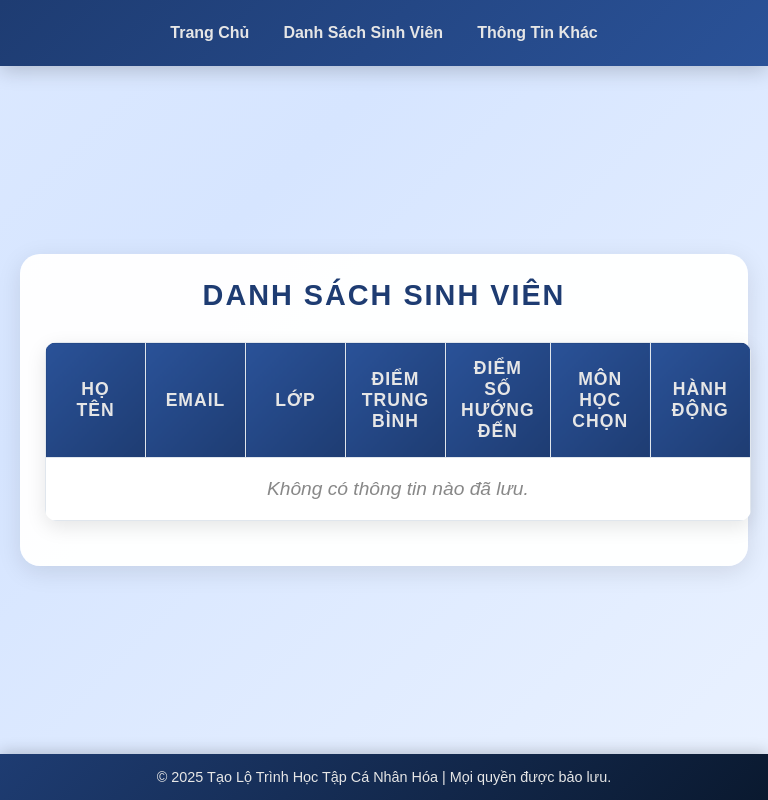
Repository: quankenda73/Prject_Final
Page: INDEX/save_info.html
These files come from the project's save history. The page is drawn as it stood at one moment and after the next save; the edit follows.
The browser window is 768 px wide. The pictures show the whole page.

Above is the page before, as saved 2025-02-25 11:42:08.

### INDEX/save_info.html
<!DOCTYPE html>
<html lang="vi">
<head>
    <meta charset="UTF-8">
    <meta name="viewport" content="width=device-width, initial-scale=1.0">
    <title>Thông Tin Sinh Viên</title>
    <link rel="stylesheet" href="https://cdnjs.cloudflare.com/ajax/libs/font-awesome/6.0.0-beta3/css/all.min.css">
    <style>
        /* CSS cho trang */
        * {
            margin: 0;
            padding: 0;
            box-sizing: border-box;
            font-family: 'Arial', sans-serif;
        }

        /* Body */
        body {
            display: flex;
            flex-direction: column;
            min-height: 100vh;
            background: linear-gradient(135deg, #e9f1ff, #d6e5ff, #f2f7ff);
            background-size: 200% 200%;
            animation: gradientBG 15s ease infinite;
            color: #2c3e50;
            align-items: center; /* Căn giữa toàn bộ nội dung */
        }

        /* Hiệu ứng nền động */
        @keyframes gradientBG {
            0% { background-position: 0% 50%; }
            50% { background-position: 100% 50%; }
            100% { background-position: 0% 50%; }
        }

        /* Header */
        header {
            width: 100%;
            max-width: 1400px; /* Giới hạn chiều rộng tối đa */
            background: linear-gradient(135deg, #1e3c72, #2a5298);
            color: #e6e6e6;
            display: flex;
            align-items: center;
            justify-content: center;
            padding: 1.5rem 20px;
            box-shadow: 0 4px 20px rgba(0, 0, 0, 0.2);
            position: sticky;
            top: 0;
            z-index: 1000;
            gap: 20px;
        }

        /* Dashboard Items */
        .dashboard-item {
            text-align: center;
            font-weight: 600;
            font-size: 1.2rem;
            padding: 10px 20px;
            transition: color 0.3s ease, transform 0.3s ease;
            flex: 0 1 auto;
        }

        .dashboard-item:hover {
            color: #ffd700;
            transform: translateY(-2px);
        }

        /* Main */
        main {
            flex: 1;
            padding: 40px 20px;
            width: 100%;
            max-width: 1400px; /* Giới hạn chiều rộng tối đa */
            display: flex;
            justify-content: center;
            align-items: center; /* Căn giữa nội dung trong main */
        }

        section {
            width: 100%;
            background: rgba(255, 255, 255, 0.98);
            padding: 40px;
            border-radius: 20px;
            box-shadow: 0 6px 25px rgba(0, 0, 0, 0.1);
            transition: transform 0.3s ease, box-shadow 0.3s ease;
        }

        section:hover {
            transform: translateY(-5px);
            box-shadow: 0 10px 35px rgba(0, 0, 0, 0.15);
        }

        h2 {
            color: #1e3c72;
            font-size: 2.4rem;
            font-weight: 700;
            margin-bottom: 30px;
            text-align: center;
            text-transform: uppercase;
            letter-spacing: 2px;
        }

        /* Table */
        table {
            width: 100%;
            border-collapse: collapse;
            margin: 20px 0;
            box-shadow: 0 6px 20px rgba(0, 0, 0, 0.1);
            border-radius: 12px;
            overflow: hidden;
            background: #fff;
        }

        th, td {
            border: 1px solid #e0e6ed;
            padding: 20px;
            text-align: center;
            font-size: 1.1rem;
            transition: background-color 0.3s ease;
        }

        th {
            background: linear-gradient(135deg, #2a5298, #1e3c72);
            color: #e6e6e6;
            font-weight: 700;
            text-transform: uppercase;
            letter-spacing: 1px;
        }

        td {
            color: #2c3e50;
        }

        tr:nth-child(even) {
            background-color: #f9fbfd;
        }

        tr:hover {
            background-color: #e6f0fa;
        }

        .no-data {
            text-align: center;
            font-style: italic;
            color: #888;
            padding: 20px;
            font-size: 1.2rem;
        }

        /* Action Icons */
        .action-icon {
            font-size: 1.2rem;
            margin: 0 10px;
            cursor: pointer;
            transition: transform 0.3s ease, color 0.3s ease;
        }

        .edit-icon {
            color: #ffd700;
        }

        .edit-icon:hover {
            color: #f7b733;
            transform: scale(1.2);
        }

        .delete-icon {
            color: #e74c3c;
        }

        .delete-icon:hover {
            color: #c0392b;
            transform: scale(1.2);
        }

        /* Footer */
        footer {
            width: 100%;
            max-width: 1400px; /* Giới hạn chiều rộng tối đa */
            text-align: center;
            padding: 20px 0;
            background: linear-gradient(135deg, #1e3c72, #0a192f);
            color: #e6e6e6;
            box-shadow: 0 -2px 15px rgba(0, 0, 0, 0.2);
            font-size: 1rem;
            font-weight: 300;
        }

        /* Responsive Design */
        @media (max-width: 768px) {
            header {
                padding: 1rem 15px;
                flex-wrap: wrap;
                gap: 10px;
            }

            .dashboard-item {
                font-size: 1rem;
                padding: 8px 12px;
            }

            main {
                padding: 20px;
            }

            section {
                padding: 25px;
            }

            h2 {
                font-size: 1.8rem;
            }

            table {
                font-size: 1rem;
            }

            th, td {
                padding: 15px;
                min-width: 100px;
            }

            .action-icon {
                font-size: 1rem;
                margin: 0 5px;
            }

            footer {
                padding: 15px 0;
                font-size: 0.9rem;
            }
        }
    </style>
</head>
<body>

<header>
    <div class="dashboard-item">Trang Chủ</div>
    <div class="dashboard-item">Danh Sách Sinh Viên</div>
    <div class="dashboard-item">Thông Tin Khác</div>
</header>

<main>
    <section>
        <h2>Danh Sách Sinh Viên</h2>
        <table>
            <thead>
                <tr>
                    <th>Họ Tên</th>
                    <th>Email</th>
                    <th>Lớp</th>
                    <th>Điểm Trung Bình</th>
                    <th>Điểm Số Hướng Đến</th>
                    <th>Môn Học Chọn</th>
                    <th>Hành động</th>
                </tr>
            </thead>
            <tbody id="student-list"></tbody>
        </table>
    </section>
</main>

<footer>
    <p>© 2025 Tạo Lộ Trình Học Tập Cá Nhân Hóa | Mọi quyền được bảo lưu.</p>
</footer>

<script>
    function displayStudents() {
        const students = JSON.parse(localStorage.getItem('students')) || [];
        const studentList = document.getElementById('student-list');

        if (students.length > 0) {
            students.forEach((student, index) => {
                const row = document.createElement('tr');
                row.innerHTML = `
                    <td>${student.name}</td>
                    <td>${student.email}</td>
                    <td>${student.class}</td>
                    <td>${student.avgScore}</td>
                    <td>${student.targetScore}</td>
                    <td>${student.subject}</td>
                    <td>
                        <i class="fas fa-edit action-icon edit-icon" onclick="editStudent(${index})" title="Chỉnh sửa"></i>
                        <i class="fas fa-trash-alt action-icon delete-icon" onclick="deleteStudent(${index})" title="Xóa"></i>
                    </td>
                `;
                studentList.appendChild(row);
            });
        } else {
            studentList.innerHTML = '<tr><td colspan="7" class="no-data">Không có thông tin nào đã lưu.</td></tr>';
        }
    }

    function deleteStudent(index) {
        let students = JSON.parse(localStorage.getItem('students')) || [];
        students.splice(index, 1);
        localStorage.setItem('students', JSON.stringify(students));
        displayStudents();
    }

    function editStudent(index) {
        let students = JSON.parse(localStorage.getItem('students')) || [];
        const student = students[index];
        const newName = prompt("Nhập họ tên mới:", student.name);
        if (newName !== null) {
            student.name = newName;
            student.email = prompt("Nhập email mới:", student.email) || student.email;
            student.class = prompt("Nhập lớp mới:", student.class) || student.class;
            student.avgScore = prompt("Nhập điểm trung bình mới:", student.avgScore) || student.avgScore;
            student.targetScore = prompt("Nhập điểm hướng đến mới:", student.targetScore) || student.targetScore;
            student.subject = prompt("Nhập môn học mới:", student.subject) || student.subject;
            students[index] = student;
            localStorage.setItem('students', JSON.stringify(students));
            displayStudents();
        }
    }

    displayStudents();
</script>
</body>
</html>

After the next save:
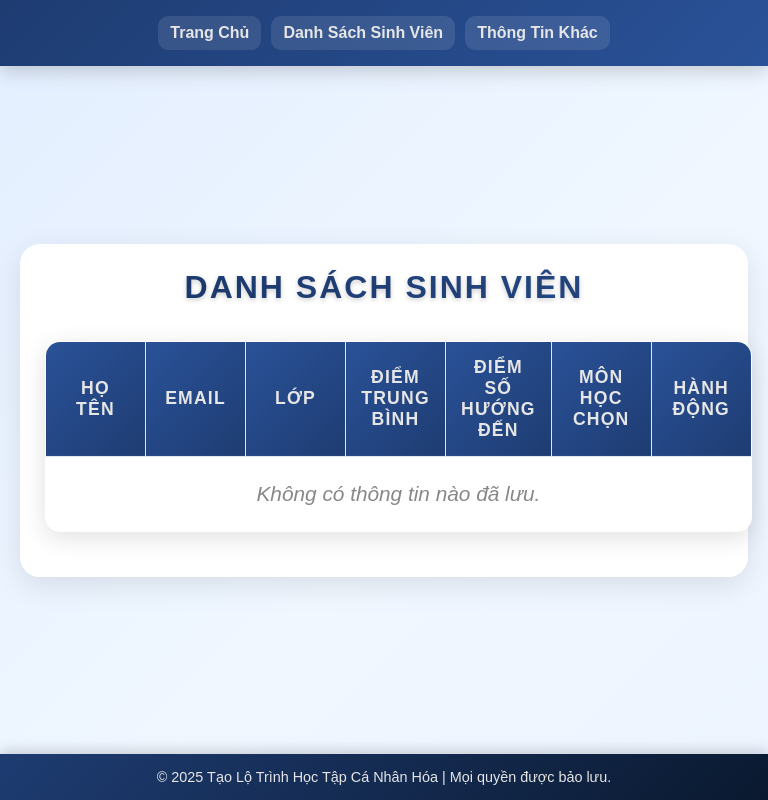
Saved 4 min 0 s later.
--- a/INDEX/save_info.html
+++ b/INDEX/save_info.html
@@ -19,11 +19,10 @@
             display: flex;
             flex-direction: column;
             min-height: 100vh;
-            background: linear-gradient(135deg, #e9f1ff, #d6e5ff, #f2f7ff);
-            background-size: 200% 200%;
+            background: linear-gradient(135deg, #e9f1ff, #d9e8ff, #f0f7ff, #e9f1ff); /* Gradient sáng, tinh tế */
+            background-size: 300% 300%;
             animation: gradientBG 15s ease infinite;
             color: #2c3e50;
-            align-items: center; /* Căn giữa toàn bộ nội dung */
         }
 
         /* Hiệu ứng nền động */
@@ -36,7 +35,6 @@
         /* Header */
         header {
             width: 100%;
-            max-width: 1400px; /* Giới hạn chiều rộng tối đa */
             background: linear-gradient(135deg, #1e3c72, #2a5298);
             color: #e6e6e6;
             display: flex;
@@ -50,27 +48,27 @@
             gap: 20px;
         }
 
-        /* Dashboard Items */
         .dashboard-item {
             text-align: center;
             font-weight: 600;
-            font-size: 1.2rem;
-            padding: 10px 20px;
-            transition: color 0.3s ease, transform 0.3s ease;
-            flex: 0 1 auto;
+            font-size: 1.3rem;
+            padding: 12px 25px;
+            transition: all 0.3s ease;
+            background: rgba(255, 255, 255, 0.1);
+            border-radius: 10px;
         }
 
         .dashboard-item:hover {
             color: #ffd700;
             transform: translateY(-2px);
+            background: rgba(255, 215, 0, 0.2);
+            box-shadow: 0 4px 15px rgba(255, 215, 0, 0.3);
         }
 
         /* Main */
         main {
             flex: 1;
             padding: 40px 20px;
-            width: 100%;
-            max-width: 1400px; /* Giới hạn chiều rộng tối đa */
             display: flex;
             justify-content: center;
             align-items: center; /* Căn giữa nội dung trong main */
@@ -78,26 +76,31 @@
 
         section {
             width: 100%;
+            max-width: 1200px; /* Giới hạn chiều rộng tối đa cho bảng */
             background: rgba(255, 255, 255, 0.98);
             padding: 40px;
             border-radius: 20px;
-            box-shadow: 0 6px 25px rgba(0, 0, 0, 0.1);
+            box-shadow: 0 8px 30px rgba(0, 0, 0, 0.1);
             transition: transform 0.3s ease, box-shadow 0.3s ease;
         }
 
         section:hover {
             transform: translateY(-5px);
-            box-shadow: 0 10px 35px rgba(0, 0, 0, 0.15);
+            box-shadow: 0 12px 40px rgba(0, 0, 0, 0.15);
         }
 
         h2 {
             color: #1e3c72;
-            font-size: 2.4rem;
+            font-size: 2.6rem;
             font-weight: 700;
-            margin-bottom: 30px;
+            margin-bottom: 35px;
             text-align: center;
             text-transform: uppercase;
             letter-spacing: 2px;
+            background: linear-gradient(135deg, #1e3c72, #2a5298);
+            -webkit-background-clip: text;
+            -webkit-text-fill-color: transparent;
+            text-shadow: 0 2px 5px rgba(0, 0, 0, 0.2);
         }
 
         /* Table */
@@ -105,10 +108,11 @@
             width: 100%;
             border-collapse: collapse;
             margin: 20px 0;
-            box-shadow: 0 6px 20px rgba(0, 0, 0, 0.1);
-            border-radius: 12px;
+            box-shadow: 0 6px 25px rgba(0, 0, 0, 0.12);
+            border-radius: 15px;
             overflow: hidden;
             background: #fff;
+            border: 1px solid #e0e6ed;
         }
 
         th, td {
@@ -124,7 +128,7 @@
             color: #e6e6e6;
             font-weight: 700;
             text-transform: uppercase;
-            letter-spacing: 1px;
+            letter-spacing: 1.2px;
         }
 
         td {
@@ -143,14 +147,14 @@
             text-align: center;
             font-style: italic;
             color: #888;
-            padding: 20px;
-            font-size: 1.2rem;
+            padding: 25px;
+            font-size: 1.3rem;
         }
 
         /* Action Icons */
         .action-icon {
-            font-size: 1.2rem;
-            margin: 0 10px;
+            font-size: 1.3rem;
+            margin: 0 12px;
             cursor: pointer;
             transition: transform 0.3s ease, color 0.3s ease;
         }
@@ -176,9 +180,8 @@
         /* Footer */
         footer {
             width: 100%;
-            max-width: 1400px; /* Giới hạn chiều rộng tối đa */
-            text-align: center;
-            padding: 20px 0;
+            text-align: center;
+            padding: 25px 0;
             background: linear-gradient(135deg, #1e3c72, #0a192f);
             color: #e6e6e6;
             box-shadow: 0 -2px 15px rgba(0, 0, 0, 0.2);
@@ -208,7 +211,7 @@
             }
 
             h2 {
-                font-size: 1.8rem;
+                font-size: 2rem;
             }
 
             table {
